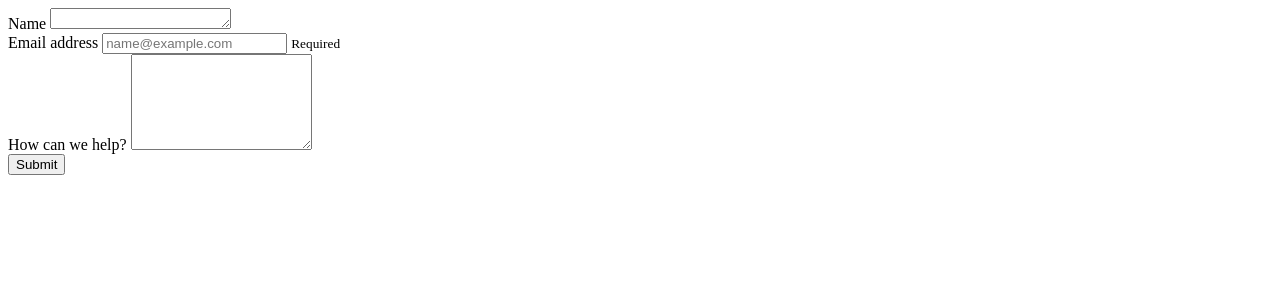
Repository: piemontc/dd-pharmacy
Page: public/pages/contact.html
The author's editor kept a record of every edit. The page is drawn from the files as they stood at one moment, then again after the next edit.
The browser window is 1280 px wide. The pictures show the whole page.

Above is the page before.

After the next edit:
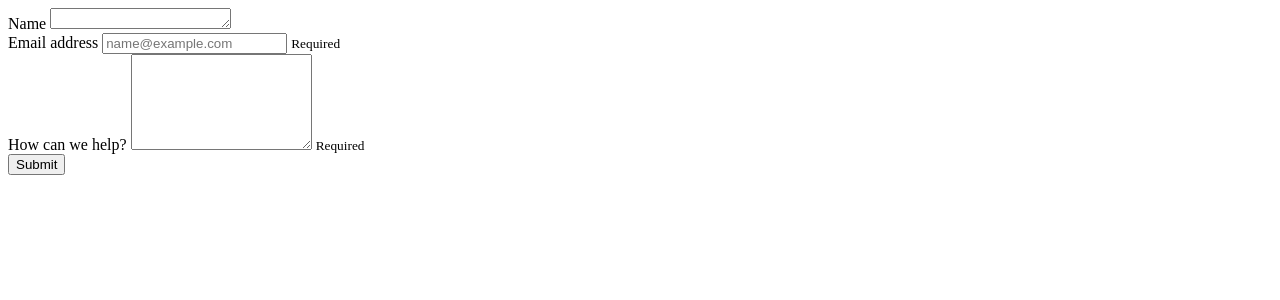
The edit:
--- a/public/pages/contact.html
+++ b/public/pages/contact.html
@@ -14,6 +14,7 @@
             <div class="form-group">
                 <label for="message">How can we help?</label>
                 <textarea class="form-control" name="message" rows="6" required></textarea>
+                <small class="text-muted">Required</small>
             </div>
             <button type="submit" class="btn btn-primary">Submit</button>
         </form>
